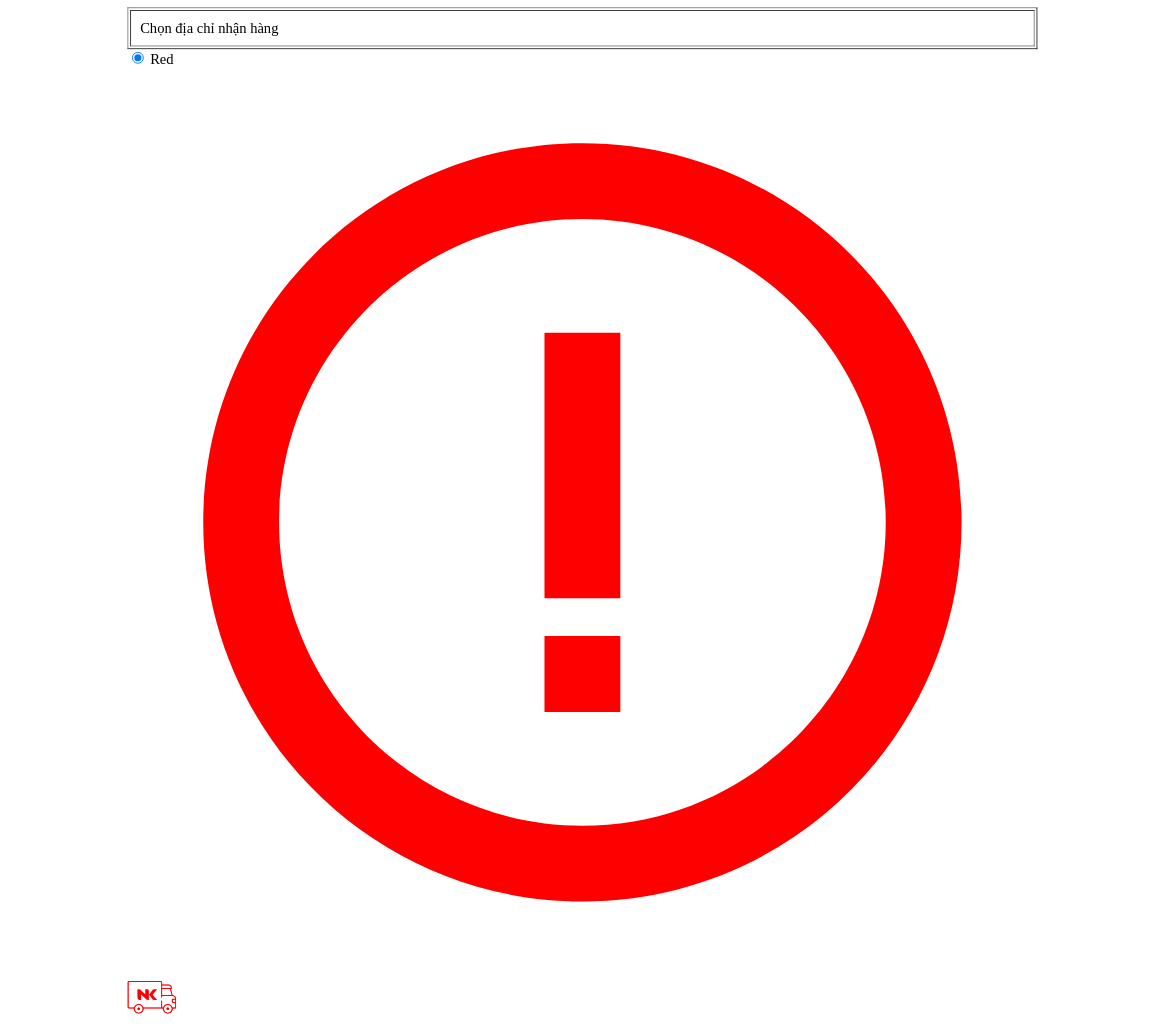
Repository: Tan-Khang21/TH_TKW--Buoi_04
Page: Bai_Tap_Tren_Lop/Bai_03/Bai_03.html
The author's editor kept a copy of each file at every save. The page is drawn from the files as they stood at one save, then again after the next save.
The browser window is 1280 px wide. The pictures show the whole page, at 91% of full size.
The first `#redRadio` is checked.

Above is the page before, as saved 2024-03-07 20:46:11.

### Bai_Tap_Tren_Lop/Bai_03/Bai_03.html
<!DOCTYPE html>
<html lang="en">
  <head>
    <meta charset="UTF-8" />
    <meta name="viewport" content="width=device-width, initial-scale=1.0" />
    <link rel="stylesheet" href="style.css" />
    <title>Document</title>
  </head>
  <style>
    #redRadio:checked ~ #icon path {
  fill: red;
}

  </style>
  <body>
    <form style="width: 1000px; margin: 0 auto">
      <table border="1px" cellpadding="10px" style="width: 1000px">
        <tr>
          <td>Chọn địa chỉ nhận hàng</td>
        </tr>
      </table>
      <input type="radio" id="redRadio" name="color" value="red" />
      <label for="redRadio">Red</label>
      <svg id="icon" viewBox="0 0 24 24">
        <path fill="blue" d="M12 2C6.48 2 2 6.48 2 12s4.48 10 10 10 10-4.48 10-10S17.52 2 12 2zm0 18c-4.41 0-8-3.59-8-8s3.59-8 8-8 8 3.59 8 8-3.59 8-8 8zm-1-13h2v7h-2zm0 8h2v2h-2z"/>
      </svg>
      <svg
      id="icon"
        width="54"
        height="36"
        viewBox="0 0 54 36"
        fill="none"
        xmlns="http://www.w3.org/2000/svg"
      >
        <g clip-path="url(#clip0)">
          <path
            d="M44.4198 36C41.4513 36 39.0225 33.5712 39.0225 30.6027C39.0225 30.4138 38.8606 30.1709 38.6717 30.1709H18.1889C18 30.1709 17.8381 30.3328 17.8381 30.5217C17.8381 33.5442 15.4093 35.973 12.4408 35.973C9.47226 35.973 7.04348 33.5442 7.04348 30.5757C7.04348 30.3868 6.88156 30.1439 6.69265 30.1439H1.75412C0.944528 30.1439 0.134933 29.5232 0 28.8486V28.6597V1.51124C0 0.674663 0.944528 0 1.75412 0H36.6477C37.4843 0 38.1589 0.674663 38.1589 1.51124V3.50825C38.1589 3.69715 38.3208 3.85907 38.5097 3.85907H45.3643C47.2804 3.85907 48.8186 5.3973 48.8186 7.31334V8.28486C48.8186 8.52774 48.6297 8.77061 48.3868 8.82459C48.2789 8.85157 48.1979 8.90555 48.1439 8.98651C48.09 9.06747 48.09 9.17541 48.09 9.25637L49.6012 15.2744C49.6282 15.4093 49.7631 15.5172 49.8981 15.5442C52.03 15.8681 53.6492 17.7571 53.6492 19.916V29.6042C53.6492 29.901 53.4063 30.1439 53.1095 30.1439H50.1409C49.952 30.1439 49.7901 30.3058 49.7901 30.4948C49.8171 33.5712 47.3883 36 44.4198 36ZM44.4198 26.2849C42.045 26.2849 40.1289 28.2279 40.1289 30.5757C40.1289 32.9235 42.072 34.8666 44.4198 34.8666C46.7946 34.8666 48.7107 32.9505 48.7107 30.5757C48.7107 28.2009 46.7946 26.2849 44.4198 26.2849ZM12.4408 26.2849C10.066 26.2849 8.14993 28.2279 8.14993 30.5757C8.14993 32.9235 10.093 34.8666 12.4408 34.8666C14.7886 34.8666 16.7316 32.9775 16.7316 30.6027C16.7316 28.2279 14.7886 26.2849 12.4408 26.2849ZM44.4198 25.2054C46.7136 25.2054 48.7646 26.6627 49.5202 28.8486C49.5742 28.9835 49.7092 29.0915 49.8711 29.0915H52.2459C52.4348 29.0915 52.5967 28.9295 52.5967 28.7406V24.7196C52.5967 24.5307 52.4348 24.3688 52.2459 24.3688H51.2204C49.8441 24.3688 48.7376 23.2624 48.7376 21.8861V19.943C48.7376 19.6462 48.9805 19.4033 49.2774 19.4033H52.084C52.1919 19.4033 52.2999 19.3493 52.3808 19.2414C52.4348 19.1604 52.4618 19.0255 52.4348 18.9175C52.003 17.5412 50.7077 16.5967 49.2774 16.5967H38.5637C38.3748 16.5967 38.2129 16.7586 38.2129 16.9475V17.973C38.2129 18.2699 37.97 18.5127 37.6732 18.5127C37.3763 18.5127 37.1334 18.2699 37.1334 17.973V1.51124C37.1334 1.32234 36.9175 1.07946 36.7017 1.07946H1.75412C1.56522 1.07946 1.34933 1.32234 1.34933 1.51124V28.6597C1.34933 28.8486 1.56522 29.0915 1.78111 29.0915H7.01649C7.17841 29.0915 7.31334 28.9835 7.36732 28.8486C8.12294 26.6627 10.1739 25.2054 12.4678 25.2054C14.7616 25.2054 16.8126 26.6627 17.5682 28.8486C17.6222 28.9835 17.7571 29.0915 17.919 29.0915H36.7826C36.9715 29.0915 37.1334 28.9295 37.1334 28.7406V21.8861C37.1334 21.5892 37.3763 21.3463 37.6732 21.3463C37.97 21.3463 38.2129 21.5892 38.2129 21.8861V28.7406C38.2129 28.9295 38.3748 29.0915 38.5637 29.0915H38.9955C39.1574 29.0915 39.2924 28.9835 39.3463 28.8486C40.075 26.6627 42.1259 25.2054 44.4198 25.2054ZM50.1679 20.4828C49.979 20.4828 49.8171 20.6447 49.8171 20.8336V21.8591C49.8171 22.6147 50.4378 23.2624 51.2204 23.2624H52.2459C52.4348 23.2624 52.5967 23.1005 52.5967 22.9115V20.8606C52.5967 20.6717 52.4348 20.5097 52.2459 20.5097H50.1679V20.4828ZM38.5367 8.85157C38.3478 8.85157 38.1859 9.01349 38.1859 9.2024V15.1394C38.1859 15.3283 38.3478 15.4903 38.5367 15.4903H48.09C48.1979 15.4903 48.3059 15.4363 48.3868 15.3553C48.4678 15.2744 48.4678 15.1394 48.4408 15.0315L46.9565 9.09445C46.9026 8.93253 46.7676 8.82459 46.6057 8.82459H38.5367V8.85157ZM38.5367 4.96552C38.3478 4.96552 38.1859 5.12744 38.1859 5.31634V7.36732C38.1859 7.55622 38.3478 7.71814 38.5367 7.71814H47.3883C47.5772 7.71814 47.7391 7.55622 47.7391 7.36732C47.7391 6.01799 46.6867 4.93853 45.3643 4.93853H38.5367V4.96552Z"
            fill="#E95851"
          />
          <path
            d="M44.4198 35.7301C41.5862 35.7301 39.2923 33.4363 39.2923 30.6027C39.2923 30.2789 39.0225 29.9011 38.6716 29.9011H18.1889C17.8381 29.9011 17.5682 30.1979 17.5682 30.5217C17.5682 31.925 17.0285 33.2204 16.0569 34.1919C15.0854 35.1634 13.8171 35.7032 12.4408 35.7032C9.60717 35.7032 7.31331 33.4093 7.31331 30.5757C7.31331 30.2519 7.04345 29.8741 6.69262 29.8741H1.75409C1.07943 29.8741 0.377782 29.3613 0.269836 28.7946V28.6327V1.51125C0.269836 0.836584 1.07943 0.269867 1.75409 0.269867H36.6476C37.3223 0.269867 37.889 0.836584 37.889 1.51125V3.50825C37.889 3.85907 38.1859 4.12894 38.5097 4.12894H45.3643C47.1184 4.12894 48.5487 5.55922 48.5487 7.31335V8.28486C48.5487 8.41979 48.4677 8.52774 48.3328 8.55472C48.1709 8.58171 48.009 8.68966 47.928 8.82459C47.847 8.95952 47.8201 9.14843 47.847 9.31035L49.3583 15.3283C49.4123 15.5712 49.6282 15.7601 49.871 15.8141C51.895 16.1109 53.4063 17.8921 53.4063 19.916V29.6042C53.4063 29.7661 53.2713 29.8741 53.1364 29.8741H50.1679C49.8171 29.8741 49.5472 30.1709 49.5472 30.4948C49.5472 31.8981 49.0075 33.1934 48.036 34.1649C47.0644 35.1904 45.7961 35.7301 44.4198 35.7301ZM44.4198 26.015C41.91 26.015 39.859 28.066 39.859 30.5757C39.859 33.0855 41.91 35.1364 44.4198 35.1364C46.9295 35.1364 48.9805 33.0855 48.9805 30.5757C48.9805 28.066 46.9295 26.015 44.4198 26.015ZM12.4408 26.015C9.93101 26.015 7.88003 28.066 7.88003 30.5757C7.88003 33.0855 9.93101 35.1364 12.4408 35.1364C14.9505 35.1364 17.0015 33.1124 17.0015 30.6027C17.0015 28.066 14.9505 26.015 12.4408 26.015ZM44.4198 25.4753C46.6057 25.4753 48.5487 26.8516 49.2503 28.9295C49.3313 29.1724 49.5742 29.3613 49.844 29.3613H52.2189C52.5697 29.3613 52.8396 29.0645 52.8396 28.7406V24.7196C52.8396 24.3688 52.5427 24.099 52.2189 24.099H51.1934C49.979 24.099 48.9805 23.1005 48.9805 21.8861V19.943C48.9805 19.7811 49.1154 19.6732 49.2503 19.6732H52.0839C52.2728 19.6732 52.4887 19.5652 52.5967 19.4033C52.7046 19.2414 52.7586 19.0255 52.6776 18.8366C52.1919 17.3523 50.8156 16.3268 49.2503 16.3268H38.5367C38.1859 16.3268 37.916 16.6237 37.916 16.9475V17.973C37.916 18.1349 37.7811 18.2429 37.6461 18.2429C37.4842 18.2429 37.3763 18.1079 37.3763 17.973V1.51125C37.3763 1.16042 37.0255 0.809597 36.6746 0.809597H1.75409C1.40327 0.809597 1.07943 1.16042 1.07943 1.51125V28.6597C1.07943 29.0105 1.43026 29.3613 1.78108 29.3613H7.01646C7.28633 29.3613 7.52921 29.1994 7.61017 28.9295C8.3388 26.8516 10.2818 25.4753 12.4408 25.4753C14.6267 25.4753 16.5697 26.8516 17.2713 28.9295C17.3523 29.1724 17.5952 29.3613 17.865 29.3613H36.7286C37.0794 29.3613 37.3493 29.0645 37.3493 28.7406V21.8861C37.3493 21.7241 37.4842 21.6162 37.6192 21.6162C37.7541 21.6162 37.889 21.7511 37.889 21.8861V28.7406C37.889 29.0915 38.1859 29.3613 38.5097 29.3613H38.9415C39.2114 29.3613 39.4542 29.1994 39.5352 28.9295C40.2908 26.8516 42.2339 25.4753 44.4198 25.4753ZM50.1679 20.2129C49.8171 20.2129 49.5472 20.5097 49.5472 20.8336V21.8591C49.5472 22.7766 50.3028 23.5322 51.2204 23.5322H52.2458C52.5967 23.5322 52.8665 23.2354 52.8665 22.9115V20.8606C52.8665 20.5097 52.5697 20.2399 52.2458 20.2399H50.1679V20.2129ZM38.5367 8.58171C38.1859 8.58171 37.916 8.87856 37.916 9.2024V15.1394C37.916 15.4903 38.2129 15.7601 38.5367 15.7601H48.0899C48.2788 15.7601 48.4677 15.6792 48.6027 15.5172C48.7106 15.3553 48.7646 15.1664 48.7106 14.9775L47.2264 9.04048C47.1454 8.77062 46.9025 8.55472 46.6057 8.55472H38.5367V8.58171ZM38.5367 4.69565C38.1859 4.69565 37.916 4.99251 37.916 5.31634V7.36732C37.916 7.71814 38.2129 7.98801 38.5367 7.98801H47.3883C47.7391 7.98801 48.009 7.69116 48.009 7.36732C48.009 5.85607 46.8485 4.66867 45.3643 4.66867H38.5367V4.69565Z"
            fill="#E95851"
          />
          <path
            d="M12.4408 32.114C11.6042 32.114 10.9296 31.4393 10.9296 30.6027C10.9296 29.7661 11.6042 29.0915 12.4408 29.0915C13.2774 29.0915 13.9521 29.7661 13.9521 30.6027C13.9521 31.4393 13.2774 32.114 12.4408 32.114Z"
            fill="#E95851"
          />
          <path
            d="M12.4408 31.8441C11.7661 31.8441 11.1994 31.2774 11.1994 30.6027C11.1994 29.928 11.7661 29.3613 12.4408 29.3613C13.1154 29.3613 13.6822 29.928 13.6822 30.6027C13.6822 31.2774 13.1154 31.8441 12.4408 31.8441Z"
            fill="#E95851"
          />
          <path
            d="M44.4198 32.114C43.5832 32.114 42.9086 31.4393 42.9086 30.6027C42.9086 29.7661 43.5832 29.0915 44.4198 29.0915C45.2564 29.0915 45.9311 29.7661 45.9311 30.6027C45.9311 31.4393 45.2564 32.114 44.4198 32.114Z"
            fill="#E95851"
          />
          <path
            d="M44.4198 31.8441C43.7451 31.8441 43.1784 31.2774 43.1784 30.6027C43.1784 29.928 43.7451 29.3613 44.4198 29.3613C45.0944 29.3613 45.6612 29.928 45.6612 30.6027C45.6612 31.2774 45.0944 31.8441 44.4198 31.8441Z"
            fill="#E95851"
          />
          <path
            d="M15.0767 14.8238V20.9712C14.8826 21.0359 14.6884 20.9712 14.559 20.9712C14.1061 20.9712 13.7178 20.9065 13.2648 20.7771C12.0354 20.3889 11.3235 19.5476 11.1294 18.3182C11.0647 17.9299 11 17.5416 11 17.2181C11 14.565 11 11.9119 11 9.32355V9C11.0647 9 11.0647 9 11.1294 9C11.7118 9 12.2942 9 12.8766 9.06471C13.2001 9.06471 13.5237 9.12942 13.7825 9.25884C14.0413 9.32355 14.2355 9.51768 14.4296 9.64709C16.0473 11.2001 17.7298 12.8179 19.3475 14.3709C19.4122 14.4356 19.4769 14.5003 19.5416 14.565C19.6063 14.5003 19.6064 14.4356 19.6064 14.3709C19.6064 13.7885 19.6064 13.2061 19.6064 12.6237V9.25884V9C20.1887 9 20.7711 9 21.2888 9C21.5476 9 21.8712 9.06471 22.13 9.12942C22.9712 9.32355 23.4242 9.84122 23.5536 10.6824C23.6183 10.9413 23.6183 11.2001 23.6183 11.459C23.6183 12.6237 23.6183 13.7885 23.6183 14.9533C23.6183 16.8945 23.6183 18.9005 23.6183 20.8418C23.6183 20.9065 23.6183 20.9065 23.6183 20.9712H23.5536C22.8418 20.9712 22.1947 20.9065 21.5476 20.7124C21.1594 20.583 20.8358 20.3889 20.577 20.13C19.2181 18.8358 17.8592 17.5416 16.5003 16.2475C16.0473 15.7945 15.5944 15.4062 15.1414 14.9533C15.2061 14.9533 15.1414 14.8886 15.0767 14.8238Z"
            fill="#E95851"
          />
          <path
            d="M32.807 20.9712C32.7423 20.9712 32.6776 20.9712 32.6776 20.9712C31.6423 20.9712 30.6069 20.9712 29.5716 20.9712C29.3127 20.9712 29.0539 20.9065 28.8598 20.8418C28.3421 20.7124 27.9538 20.3889 27.6303 20.0006C26.4008 18.3182 25.1713 16.7004 23.8771 15.018L23.8124 14.9533C24.0713 14.6297 24.2654 14.2415 24.5242 13.9179C25.4302 12.6237 26.4008 11.3942 27.4362 10.1648C27.5009 10.0354 27.695 9.84122 27.8244 9.64709C28.2127 9.25884 28.6656 9.06471 29.1833 9C29.4422 9 29.7657 9 30.0245 9C30.8658 9 31.707 9 32.4835 9H32.7423C31.0599 10.9413 29.3774 12.8826 27.8244 15.018C29.5069 17.024 31.1246 18.9652 32.807 20.9712Z"
            fill="#E95851"
          />
        </g>
        <defs>
          <clipPath id="clip0">
            <rect width="53.7032" height="36" fill="white" />
          </clipPath>
        </defs>
      </svg>
    </form>
  </body>
</html>

### Bai_Tap_Tren_Lop/Bai_03/style.css
#label {
    color: black; /* Màu chữ mặc định */
}

#myCheckbox:checked + #label {
    color: red; /* Màu chữ thay đổi khi checkbox được check */
}

After the next save:
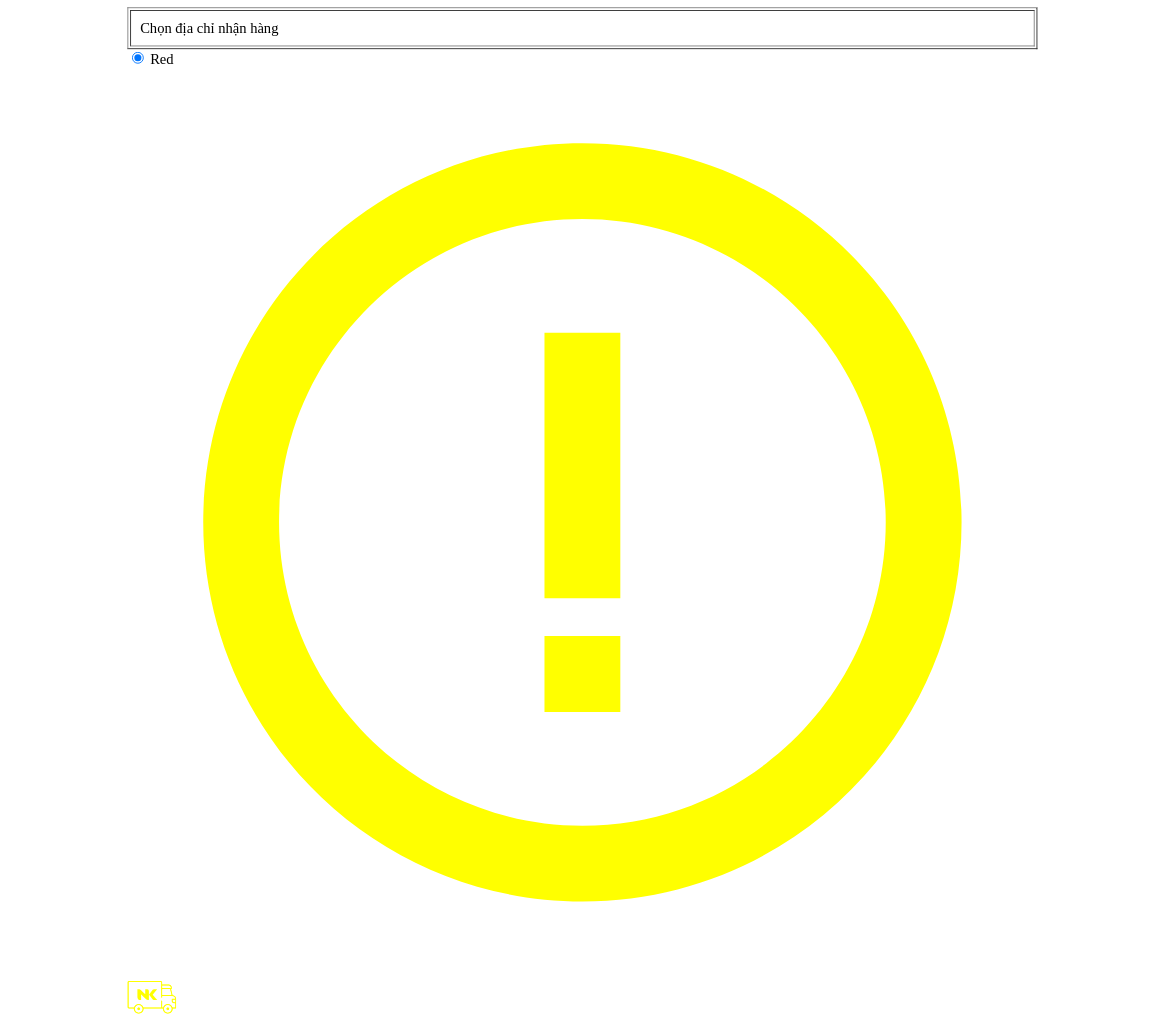
Saved 17 s later.
--- a/Bai_Tap_Tren_Lop/Bai_03/Bai_03.html
+++ b/Bai_Tap_Tren_Lop/Bai_03/Bai_03.html
@@ -8,7 +8,7 @@
   </head>
   <style>
     #redRadio:checked ~ #icon path {
-  fill: red;
+  fill: yellow;
 }
 
   </style>
